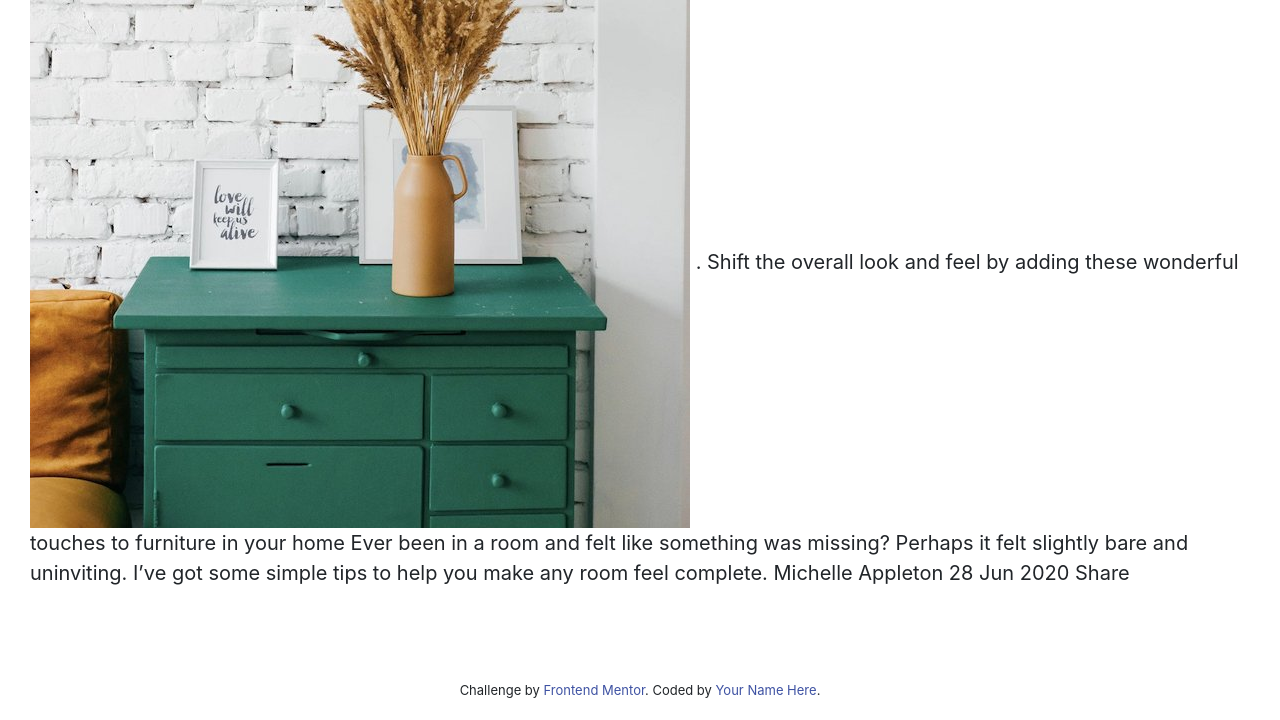
Repository: timiodulate/Article-Preview-Component
Page: index.html
The author's editor kept a copy of each file at every save. The page is drawn from the files as they stood at one save, then again after the next save.
The browser window is 1280 px wide. The pictures show the whole page.

Above is the page before, as saved 2020-07-11 11:11:37.

### index.html
<!DOCTYPE html>
<html lang="en">
<head>
  <meta charset="UTF-8">
  <meta name="viewport" content="width=device-width, initial-scale=1.0"> <!-- displays site properly based on user's device -->

  <link rel="icon" type="image/png" sizes="32x32" href="./images/favicon-32x32.png">

  <!-- Bootstrap -->
  <link rel="stylesheet" href="./css/bootstrap.min.css">

  <!-- Custom Style -->
  <link rel="stylesheet" href="./css/style.css">

  <title>Frontend Mentor | Article preview component</title>
</head>
<body>
  <div class="container col d-flex flex-column justify-content-between">
    <div class="cardContainer col d-flex-column">

      <img src="./images/drawers.jpg" alt="">

      .
      Shift the overall look and feel by adding these wonderful
      touches to furniture in your home

      Ever been in a room and felt like something was missing? Perhaps
      it felt slightly bare and uninviting. I’ve got some simple tips
      to help you make any room feel complete.

      Michelle Appleton
      28 Jun 2020

      Share
    </div>
    <div class="attribution">
      Challenge by <a href="https://www.frontendmentor.io?ref=challenge" target="_blank">Frontend Mentor</a>.
      Coded by <a href="#">Your Name Here</a>.
    </div>
  </>

  <script src="https://code.jquery.com/jquery-3.5.1.slim.min.js" integrity="sha384-DfXdz2htPH0lsSSs5nCTpuj/zy4C+OGpamoFVy38MVBnE+IbbVYUew+OrCXaRkfj" crossorigin="anonymous"></script>
  <script src="./js/bootstrap.min.js"></script>
</body>
</html>

### css/style.css
@import url('http://fonts.googleapis.com/css?family=Raleway:400|Open+Sans:500');

/* Global Resets */
* {
    padding: 0;
    margin: 0;
    box-sizing: border-box;
}

html {
    font-size: 20px;

    /* font-family */
    --header: Raleway;
    --body: Open Sans;

    /* font-weight */
    --normal: 400;
    --bold: 700;

    /* color */
    --footer: hsl(243, 87%, 12%);
    --last-section: hsl(238, 22%, 44%);
    --button: hsl(224, 93%, 58%);
    --anchor: hsl(170, 45%, 43%);
    --card-bg: hsl(240, 75%, 98%);
    --placeholder: hsl(0, 0%, 75%);
    --text: white;
}

/* Dark mode */
/* html[data-theme = 'dark'] {

} */

body {
    height: 100vh;
    width: 100vw;
    /* background-image: url(../images/bg-intro-desktop.png); */
    /* background-color: var(--red); */
    /* background-blend-mode: screen; */
}

button {
    cursor: pointer;
    padding: 12px 50px;
    border: none;
    border-radius: .3rem;
    font-size: .7rem;
    font-family: var(--header), sans-serif;

    background-color: var(--button);
    color: white;
}

ul {
    list-style: none;
}

li {
    text-decoration: none;
}

a  {
    text-decoration: none;
}



/* header */
.container {
    width: 100%;
    height: 100%;
}

/* nav */



/* main */


/* section */



/* footer */
footer .footer-container {
    display: grid;
    grid-template-columns: repeat(4, 1fr);
    margin-bottom: 30px;
}
.attribution {
    font-size: 13px;
    text-align: center;
    /* color: var(--text); */
    padding: 20px;
}
.attribution a {
    color: hsl(228, 45%, 44%);
    text-decoration: none;
}



/* Media Queries - Responsiveness */
/* LG - Large Screen */
/* @media only screen and (max-width: 992px) {

} */

/* MD - Medium Screen */
/* @media only screen and (max-width: 765px) {
    body {
        justify-content: initial;
	height: fit-content;
    }

    footer .footer-container {
        grid-template-columns: 1fr;
        margin-bottom: 20px;
        row-gap: 15px;
    }

    .attribution {
        font-size: .6rem;
        padding: 20px 10px;
        color: white;
    }
} */

/* SM - Small Screen */
/* @media only screen and (max-width: 576px){

} */


/* @timiodulate css template */

Loaded but not shown: css/bootstrap.min.css (library); js/bootstrap.min.js (library)

After the next save:
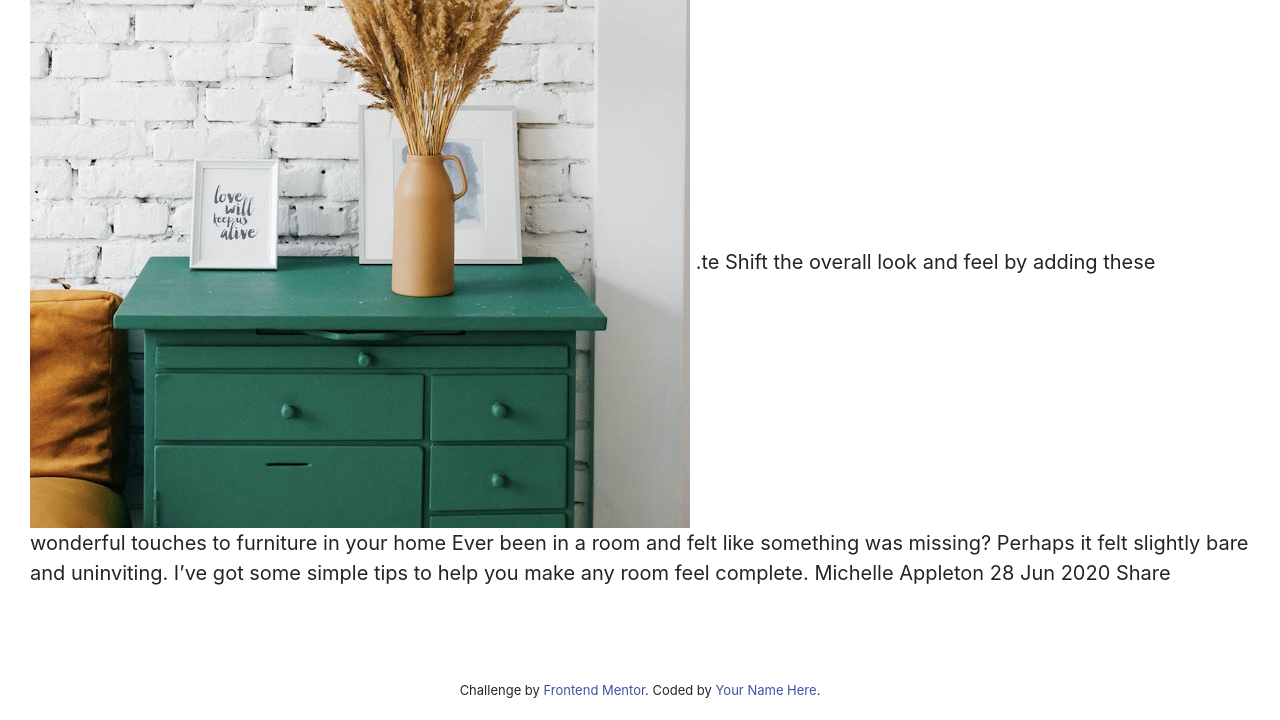
Saved 4 s later.
--- a/index.html
+++ b/index.html
@@ -20,7 +20,7 @@
 
       <img src="./images/drawers.jpg" alt="">
 
-      .
+      .te
       Shift the overall look and feel by adding these wonderful
       touches to furniture in your home
 
